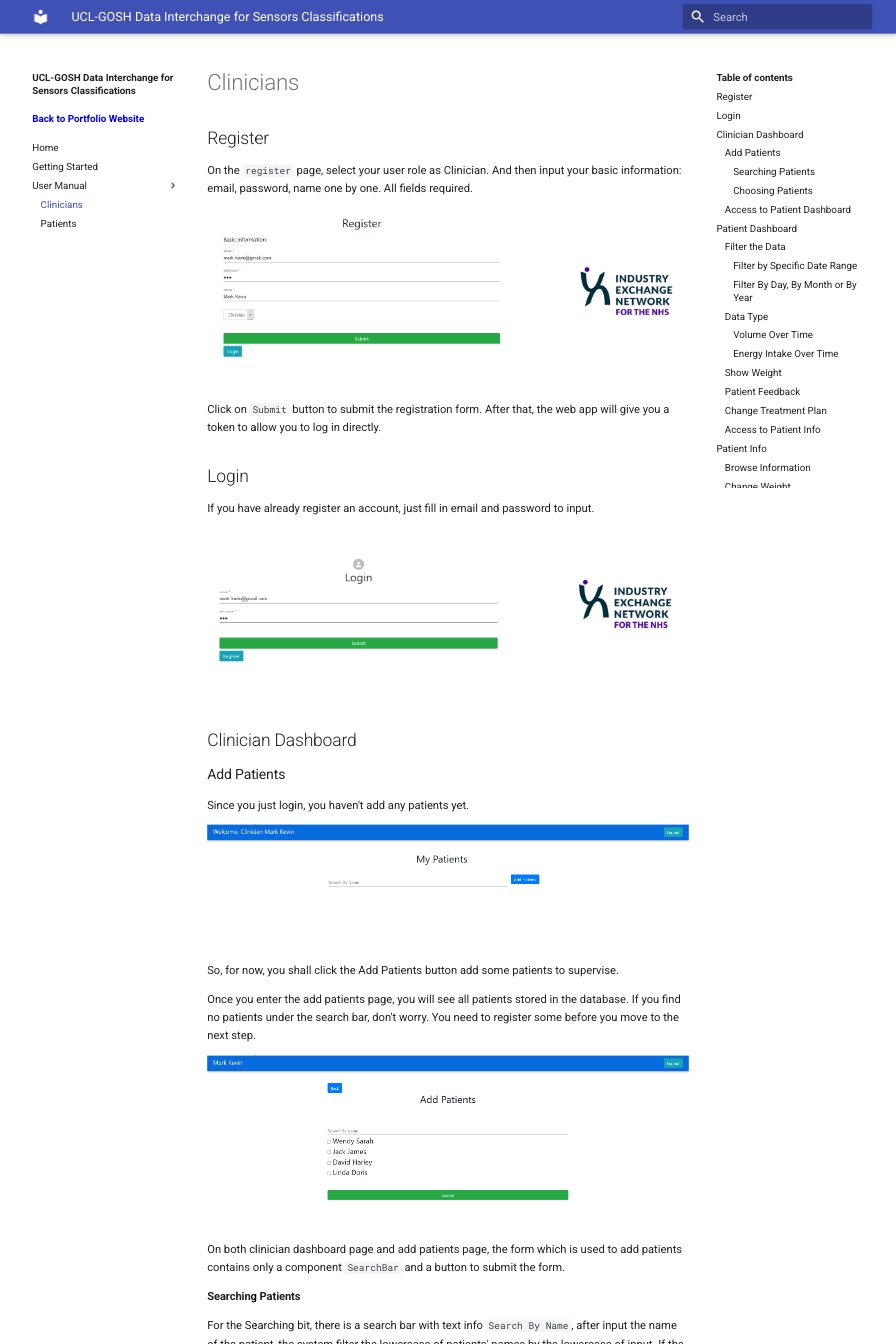
Repository: COMP0016-Team6/user-manual
Page: site/clinicians/index.html
An editor plug-in stored every save of this project. The page is shown before and after the next save, followed by the edit.
The browser window is 1280 px wide. The pictures show the part of the page from y = 0 to 1920 px (the page is 10975 px tall), at 70% of full size.

Above is the page before, as saved 2021-03-19 07:43:16.

After the next save:
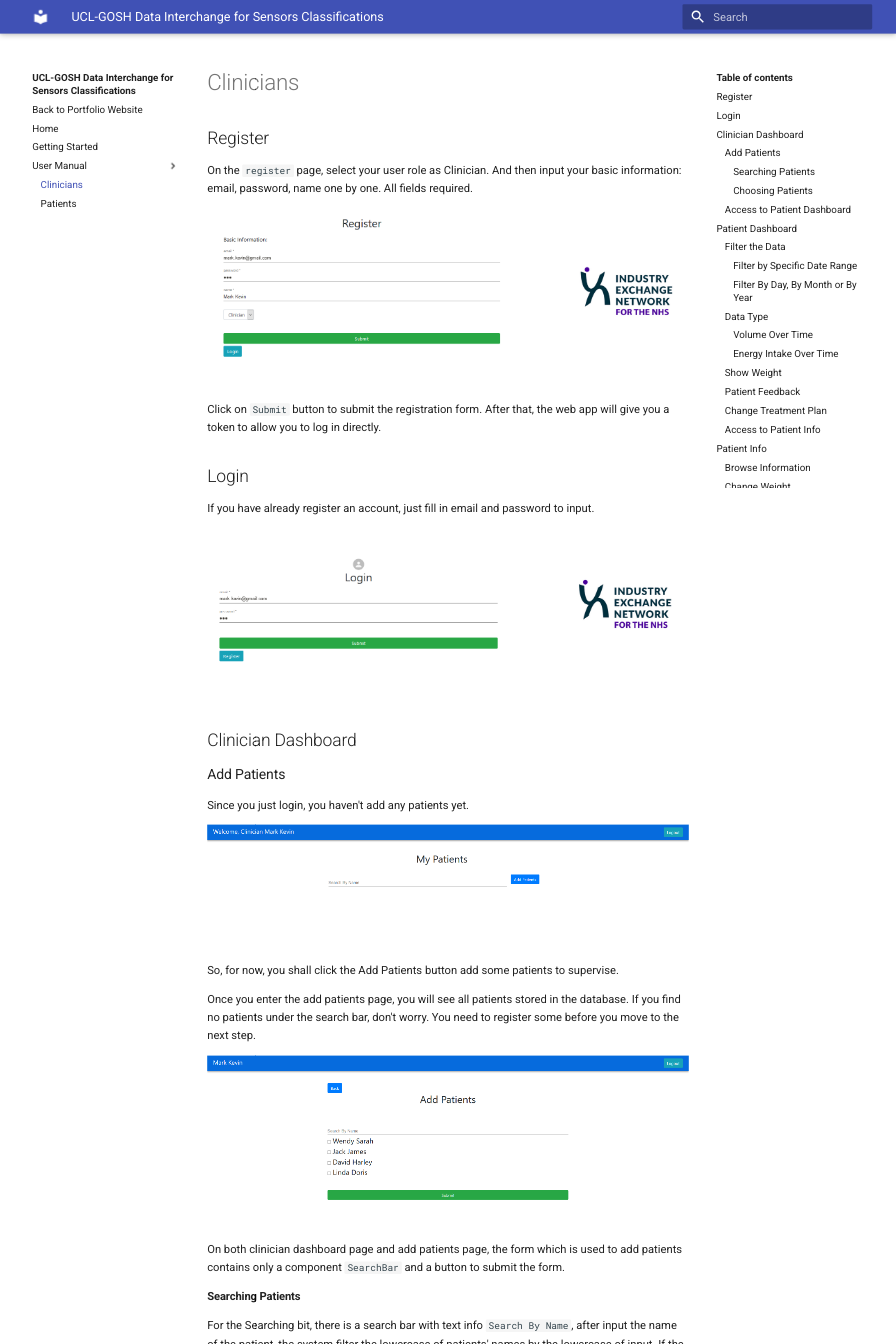
Saved 10 h 38 min later.
--- a/site/clinicians/index.html
+++ b/site/clinicians/index.html
@@ -174,7 +174,7 @@
 
     <li class="md-nav__item">
       <a href="https://comp0016-team6.github.io/" class="md-nav__link">
-        <p style="color: blue;"><strong>Back to Portfolio Website</strong></p>
+        Back to Portfolio Website
       </a>
     </li>
 
